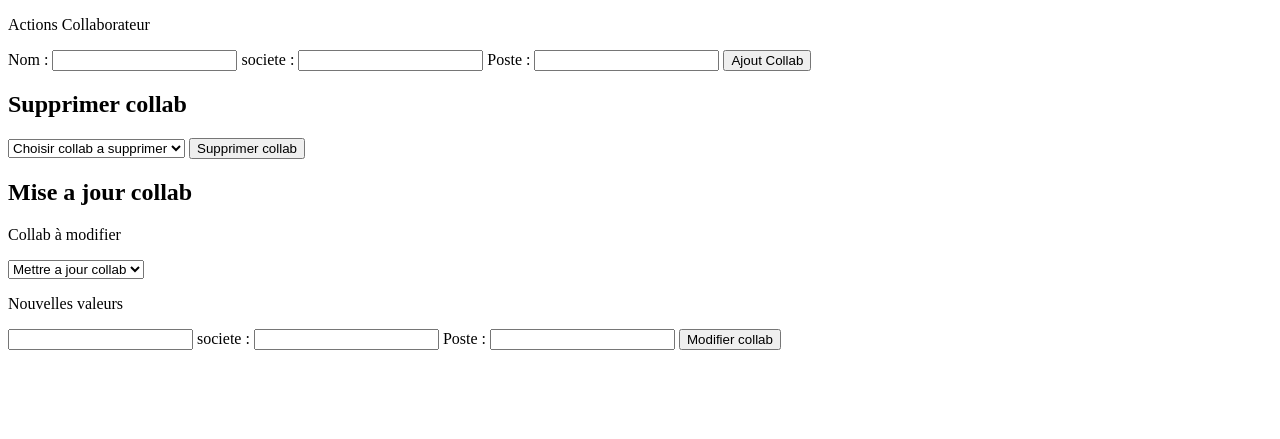
Repository: Shakibaei-2020/CRA_JEE_FINAL
Page: http://localhost/jee_crainfocom/WEB-INF/accueil.jsp
An editor plug-in stored every save of this project. The page is shown before and after the next save, followed by the edit.
The browser window is 1280 px wide. The pictures show the whole page.
The page is served by Tomcat 9. Nobody is signed in. Other server files are loaded and not shown. The template is opened directly, without the code that normally fills it, so the values that code supplies are empty.

Above is the page before, as saved 2021-03-25 14:15:35.

### CRA_JEE_FINAL/CRA_JEE_FINAL/jee_crainfocom/src/main/webapp/WEB-INF/accueil.jsp
<%@ page pageEncoding="UTF-8" %>
<%@ taglib uri="http://java.sun.com/jsp/jstl/core" prefix="c" %>
<!DOCTYPE html>
<html>
<head>
<meta charset="ISO-8859-1">
<title>Insert title here</title>
</head>
<body>
<p>Actions Collaborateur</p>





 <form method="post" action="accueil">
            <label for="nomColl">Nom : </label>
            <input type="text" name="nomColl" id="nomColl" />

            <label for="societeColl">societe : </label>
            <input type="text" name="societeColl" id="societeColl" />

            <label for="posteColl">Poste : </label>
            <input type="text" name="posteColl" id="posteColl" />

            <input type="submit" value="Ajout Collab" />
        </form>

 <h2>Supprimer collab</h2>

<form method="post" action="">
	<select name="pets" id="pet-select">
    	<option value="">Choisir collab a supprimer</option>
    	<option value="dog">Collab</option>
	</select>
<input type="submit" value="Supprimer collab" />
</form>


 <h2>Mise a jour collab</h2>
 <form method="post" action="">
 <p>Collab à modifier</p>
	<select name="pets" id="pet-select">
    	<option value="">Mettre a jour collab</option>
    	<option value="dog">Collab</option>
	</select>
	<p>Nouvelles valeurs</p>
	   <input type="text" name="nomColl" id="nomColl" />

            <label for="societeColl">societe : </label>
            <input type="text" name="societeColl" id="societeColl" />

            <label for="posteColl">Poste : </label>
            <input type="text" name="posteColl" id="posteColl" />


<input type="submit" value="Modifier collab" />
</form>





  <c:if test="${ !empty nomColl }"><p><c:out value="Bonjour, vous vous appelez ${ nomColl } vous etes ${ posteColl }  chez ${ societeColl } " /></p></c:if>
<c:out value=" ${ insert} "/>


</body>
</html>

After the next save:
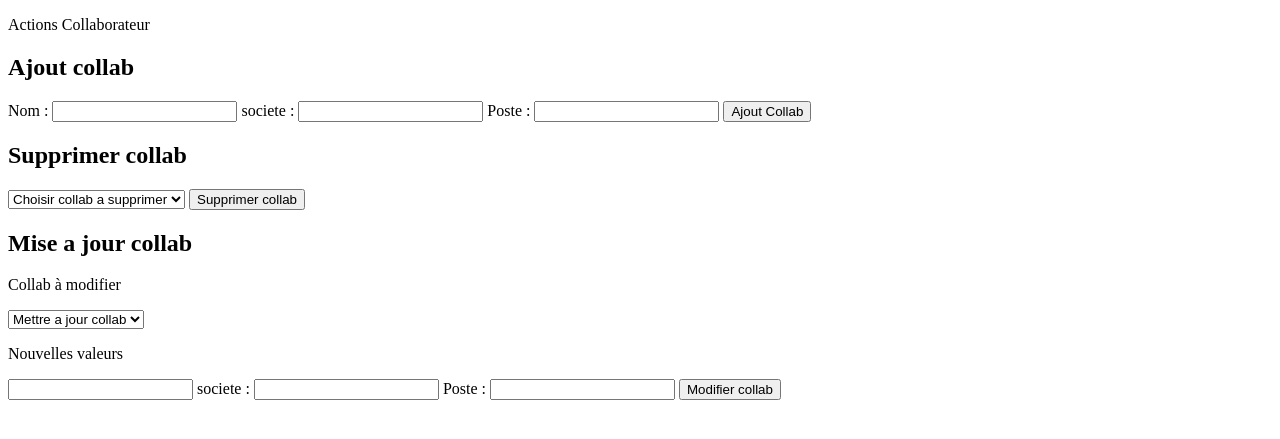
Saved 28 s later.
--- a/CRA_JEE_FINAL/CRA_JEE_FINAL/jee_crainfocom/src/main/webapp/WEB-INF/accueil.jsp
+++ b/CRA_JEE_FINAL/CRA_JEE_FINAL/jee_crainfocom/src/main/webapp/WEB-INF/accueil.jsp
@@ -12,7 +12,7 @@
 
 
 
-
+<h2>Ajout collab</h2>
  <form method="post" action="accueil">
             <label for="nomColl">Nom : </label>
             <input type="text" name="nomColl" id="nomColl" />
